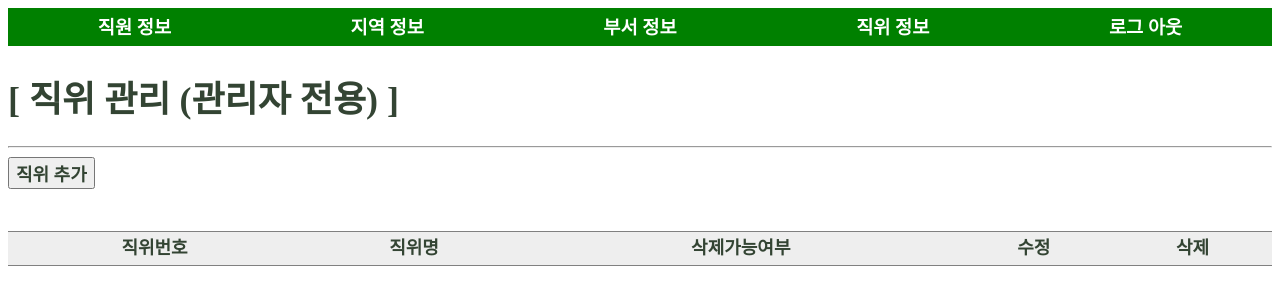
Repository: youngsik0405/SpringMVC
Page: http://localhost/mvc04/WEB-INF/view/PositionList.jsp
The author's editor kept a copy of each file at every save. The page is drawn from the files as they stood at one save, then again after the next save.
The browser window is 1280 px wide. The pictures show the whole page.
The page is served by Tomcat 9. Nobody is signed in. The template is opened directly, without the code that normally fills it, so the values that code supplies are empty.

Above is the page before, as saved 2025-02-26 06:16:27.

### mvc04/WebContent/WEB-INF/view/PositionList.jsp
<%@ page contentType="text/html; charset=UTF-8"%>
<%@ taglib prefix="c" uri="http://java.sun.com/jsp/jstl/core"%>
<%
	request.setCharacterEncoding("UTF-8");
	String cp = request.getContextPath();
%>
<!DOCTYPE html>
<html>
<head>
<meta charset="UTF-8">
<title>PositionList.jsp</title>
<link rel="stylesheet" type="text/css" href="<%=cp %>/css/main.css">
<script type="text/javascript" src="http://code.jquery.com/jquery.min.js"></script>
<script type="text/javascript">

	$(function()
	{
		$(".updateBtn").click(function()
		{
			//alert("수정 확인!!");

			$(location).attr("href", "positionupdateform.action?positionId=" + $(this).val());
		});

		$(".deleteBtn").click(function()
		{
			//alert("삭제 확인!!!");

			if (confirm("현재 선택한 데이터를 정말 삭제하시겠습니까?"))
			{
				$(location).attr("href", "positiondelete.action?positionId=" + $(this).val());
			}
		});
	});


</script>
</head>
<body>

<!----------------------------------------------
  #52. PositionList.jsp
  - 직위 리스트 출력 페이지
  - 관리자가 접근하는 직위 데이터 출력 페이지
    → 관리 기능 포함
------------------------------------------------>

<div>
	<!-- 메뉴 영역 -->
	<div>
		<c:import url="EmployeeMenu.jsp"></c:import>
	</div>

	<!-- 콘텐츠 영역 -->
	<div id="content">
		<h1>[ 직위 관리 (관리자 전용) ]</h1>
		<hr>

		<div>
			<form action="">
				<input type="button" class="btn" value="직위 추가"
				onclick="location.href='positioninsertform.action'">
			</form>
		</div>
		<br><br>

		<table id="position" class="table">
			<tr>
				<th>직위번호</th>
				<th>직위명</th>
				<th>삭제가능여부</th>
				<th>수정</th>
				<th>삭제</th>
			</tr>

			<c:forEach var="position" items="${positionList }">
			<tr>
				<td>${position.positionId }</td>
				<td>${position.positionName }</td>
				<td>${position.delCheck > 0 ? "삭제 불가능" : "삭제 가능" }</td>

				<td>
					<button type="button" class="btn updateBtn"
					value="${position.positionId }">수정</button>
				</td>
				<td>
					<button type="button" class="btn deleteBtn"
					value="${position.positionId }">삭제</button>
				</td>
			</tr>
			</c:forEach>


		</table>
	</div>

	<!-- 회사 소개 및 어플리케이션 소개 영역 -->
	<div id="footer">
	</div>

</div>




</body>
</html>

### mvc04/WebContent/WEB-INF/view/EmployeeMenu.jsp
<%@ page contentType="text/html; charset=UTF-8"%>
<%@ taglib prefix="c" uri="http://java.sun.com/jsp/jstl/core"%>
<%
	request.setCharacterEncoding("UTF-8");
	String cp = request.getContextPath();
%>
<!DOCTYPE html>
<html>
<head>
<meta charset="UTF-8">
<title>EmployeeMenu.jsp</title>
<link rel="stylesheet" type="text/css" href="<%=cp %>/css/menuStyle.css">
</head>
<body>

<!-------------------------
  #13. EmployeeMenu.jsp
  - 메인 메뉴 페이지 구성
-------------------------->

<!-- 확인 -->
<%--
<span>${sessionScope.admin==null ? "normal" : "admin" }</span>

--%>

<div id="menu">
	<ul>
		<c:choose>
			<c:when test="${sessionScope.admin==null }">
				<li>
					<a href="emplist.action" class="menu">직원 정보</a>
				</li>
				<li>
					<a href="reglist.action" class="menu">지역 정보</a>
				</li>
				<li>
					<a href="deplist.action" class="menu">부서 정보</a>
				</li>
				<li>
					<a href="poslist.action" class="menu">직위 정보</a>
				</li>
			</c:when>


			<c:otherwise>
				<li>
					<a href="employeelist.action" class="menu">직원 관리</a>
				</li>
				<li>
					<a href="regionlist.action" class="menu">지역 관리</a>
				</li>
				<li>
					<a href="departmentlist.action" class="menu">부서 관리</a>
				</li>
				<li>
					<a href="positionlist.action" class="menu">직위 관리</a>
				</li>
			</c:otherwise>
		</c:choose>


		<li>
			<a href="logout.action" class="menu">로그 아웃</a>
		</li>
	</ul>
</div>

</body>
</html>

### mvc04/WebContent/css/main.css
@charset "UTF-8";

/*======================
  #16. main.css
  - 메인 스타일 구성
=======================*/

*
{
	font-family: 맑은 고딕;
	color: #334433;
}

body, p, div, span, input, table, th, td, select
{
	font-size: 18px;
}

.control
{
	border: 1px solid gray;
	border-radius: 3px;
}

.table
{
	border-collapse: collapse;
	width: 100%;
}

.table th, .table td
{
	border: 1px solid gray;
	border-left: 0px;
	border-right: 0px;
	padding: 3px;
	line-height: 150%;
	text-align: center;
}

.table th
{
	font-weight: bold;
	background-color: #eeeeee;
}

.table td
{
	font-size: 12pt;
}

.btn
{
	cursor : pointer;
	font-weight: bold;
}

.btn:hover
{
	color: #ffffff;
	background-color: #008000;
}

### mvc04/WebContent/css/menuStyle.css
@charset "UTF-8";


/*
  #14. menuStyle.css
  - 메뉴 스타일 구성
*/

ul
{
	list-style-type: none;
	margin: 0px;
	padding: 0px;
	overflow: hidden;
}

li
{
	width: 20%;
	float: left;
}

a.menu:link, a.menu:visited
{
	display: block;
	font-weight: bold;
	color: #ffffff;
	background-color: #008000;
	text-align: center;
	padding: 4px;
	text-decoration: none;
	text-transform: uppercase;
	height: 30px;
	font-size: 14pt;
}


a.menu:hover, a.menu:active
{
	background-color: #ffffff;
	color: #008000;
	border: 2px solid #008000;
	border-radius: 5px;
	height: 26px;	/* 30-2-2 */
}

After the next save:
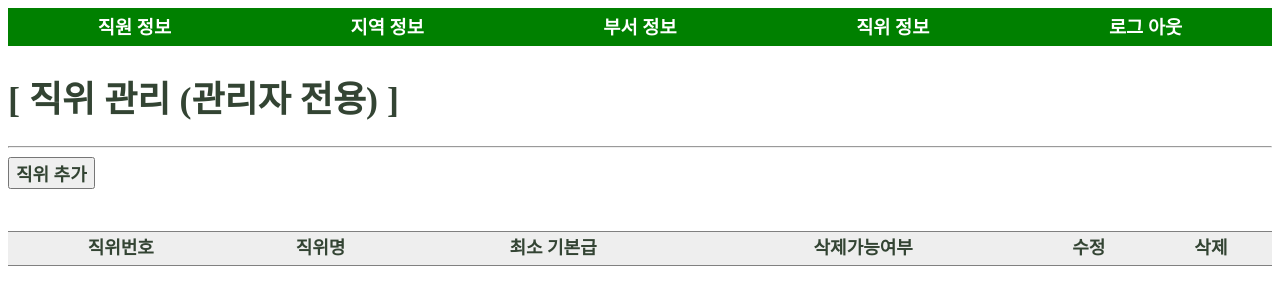
Saved 68 s later.
--- a/mvc04/WebContent/WEB-INF/view/PositionList.jsp
+++ b/mvc04/WebContent/WEB-INF/view/PositionList.jsp
@@ -68,6 +68,7 @@
 			<tr>
 				<th>직위번호</th>
 				<th>직위명</th>
+				<th>최소 기본급</th>
 				<th>삭제가능여부</th>
 				<th>수정</th>
 				<th>삭제</th>
